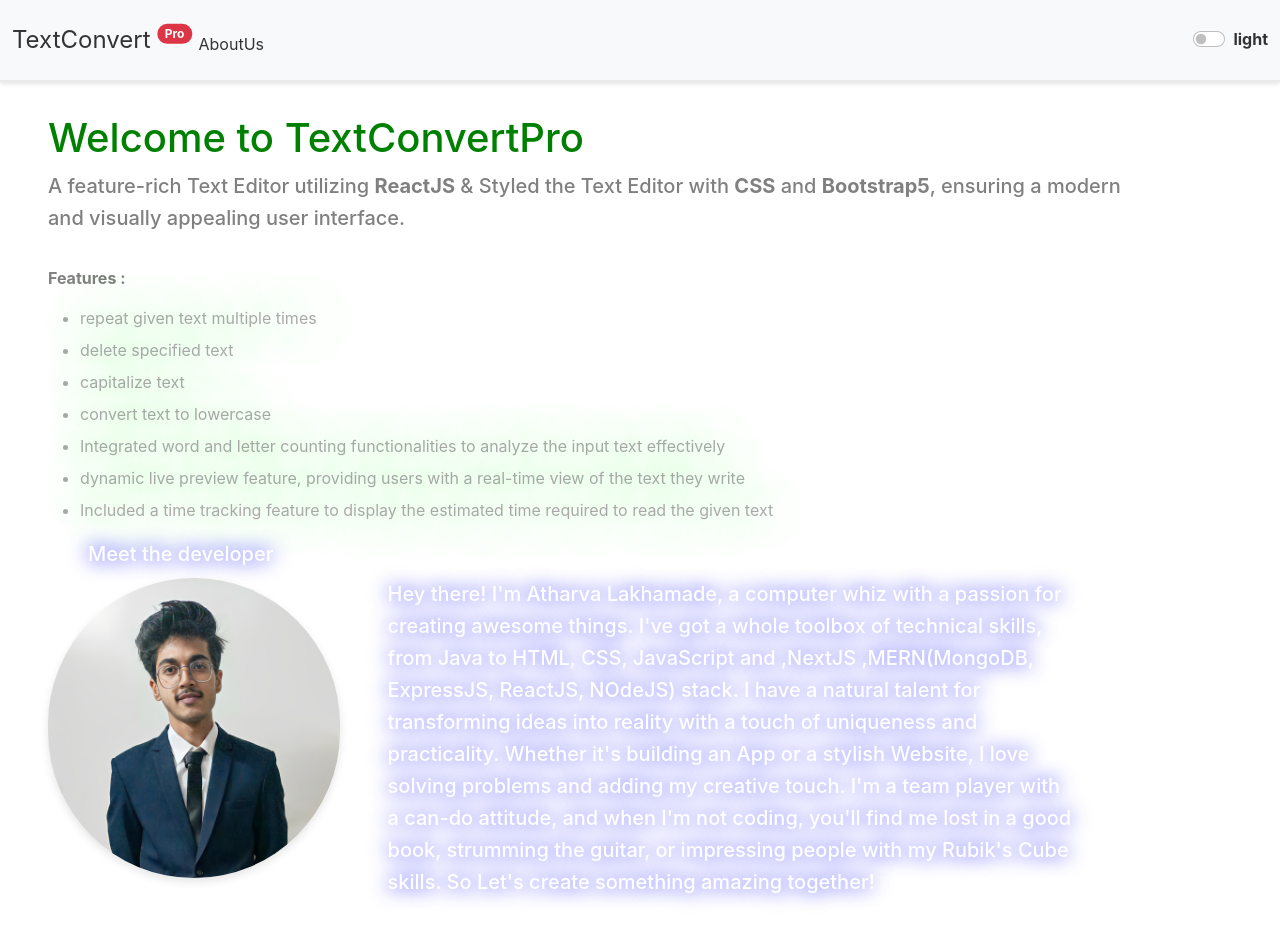
Repository: atha2810/TextConvertPro
Page: /about
The author's editor kept a copy of each file at every save. The page is drawn from the files as they stood at one save, then again after the next save.
The browser window is 1280 px wide. The pictures show the whole page.
The project was rebuilt for these pictures with package versions that can differ from the ones it lists, and the page was loaded fresh each time. Also part of the build but not shown: src/css/TextForm.css, src/TextForm.js.

Above is the page before, as saved 2024-07-25 19:37:08.

### src/App.js
import React, { useState } from "react";
import profile from "./images/profile.jpg";

import About from "./components/About";
import Navbar from "./components/Navbar";
import TextForm from "./TextForm";
import { BrowserRouter, Routes, Route } from "react-router-dom";

function App() {
  const [mode, setMode] = useState("light");
  const toggleMode = () => {
    if (mode === "light") {
      setMode("dark");
      document.body.style.backgroundColor = "#082844";
    } else {
      setMode("light");
      document.body.style.backgroundColor = "white";
    }
  };
  return (
    <>
      <BrowserRouter>
        <Navbar logo="TextConvert" mode={mode} toggleMode={toggleMode} />
        {/* <TextForm heading="Enter the text to analyse: " mode={mode}/> */}
        <Routes>
          <Route exact path="/about" element={<About imgSrc={profile} />} />
          {/* exact is usedto get exact path sometimes there are folders like /about-->componentX and /about/home-->componentY and if we want component from /about/home it will mistakenly will render from /about thats why */}

          <Route
            exact
            path="/TextConvertPro"
            element={<TextForm heading="Enter the text here ↓ " mode={mode} />}
          />
        </Routes>
      </BrowserRouter>
    </>
  );
}

export default App;

### src/components/About.js
import "../css/About.css";

export default function About(props) {
  return (
    <div
      className="container mx-3"
      style={{ display: "block", marginLeft: "500px" }}
    >
      <h1 style={{ color: props.mode === "dark" ? "white" : "green" }}>
        Welcome to TextConvertPro
      </h1>
      <div
        style={{
          color: props.mode === "ligh" ? "black" : "white",
        }}
      >
        <h4
          style={{
            color: "grey",
          }}
        >
          A feature-rich Text Editor utilizing <b>ReactJS</b> & Styled the Text
          Editor with <b>CSS</b> and <b>Bootstrap5</b>, ensuring a modern and
          visually appealing user interface.
        </h4>
        <br />{" "}
        <b
          style={{
            color: "grey",
          }}
        >
          Features :
        </b>
        <br />
        <ul
          style={{
            color: "darkgrey",
            textShadow: " 0 0 70px #0f0",
          }}
        >
          <li>repeat given text multiple times</li>
          <li> delete specified text</li> <li>capitalize text </li>
          <li>convert text to lowercase</li>
          <li>
            Integrated word and letter counting functionalities to analyze the
            input text effectively
          </li>
          <li>
            dynamic live preview feature, providing users with a real-time view
            of the text they write
          </li>
          <li>
            Included a time tracking feature to display the estimated time
            required to read the given text
          </li>
        </ul>
      </div>
      <h4
        style={{
          color: "#fff" /* Text color */,
          textShadow: "0 0 20px #00f",
          paddingLeft: "40px",
        }}
      >
        Meet the developer
      </h4>
      <div style={{ display: "flex" }}>
        <img
          src={props.imgSrc}
          style={{
            height: "300px",
            width: "300px",
            borderRadius: "150px 150px 150px 150px",
          }}
          alt="developer"
        ></img>
        <h4
          className="mx-5"
          style={{
            color: "#fff" /* Text color */,
            textShadow: "0 0 20px #00f",
          }}
        >
          Hey there! I'm Atharva Lakhamade, a computer whiz with a passion for
          creating awesome things. I've got a whole toolbox of technical skills,
          from Java to HTML, CSS, JavaScript and ,NextJS ,MERN(MongoDB,
          ExpressJS, ReactJS, NOdeJS) stack. I have a natural talent for
          transforming ideas into reality with a touch of uniqueness and
          practicality. Whether it's building an App or a stylish Website, I
          love solving problems and adding my creative touch. I'm a team player
          with a can-do attitude, and when I'm not coding, you'll find me lost
          in a good book, strumming the guitar, or impressing people with my
          Rubik's Cube skills. So Let's create something amazing together!
        </h4>
      </div>
    </div>
  );
}

### src/components/Navbar.js
import React from "react";
import { Link } from "react-router-dom";
import "../css/Navbar.css";
export default function Navbar(props) {
  return (
    <nav
      className={`navbar navbar-expand-lg navbar-${props.mode} bg-${props.mode}`}
    >
      <div className="container-fluid">
        <Link className="navbar-brand" to="/TextConvertPro">
          {props.logo}
          <button className="btn position-relative">
            <span className="position-absolute top-0 start-100 translate-middle badge rounded-pill bg-danger">
              Pro
            </span>
          </button>
        </Link>
        {/* <a className="navbar-brand" href="#">{props.logo}</a> */}
        <button
          className="navbar-toggler"
          type="button"
          data-bs-toggle="collapse"
          data-bs-target="#navbarSupportedContent"
          aria-controls="navbarSupportedContent"
          aria-expanded="false"
          aria-label="Toggle navigation"
        >
          <span className="navbar-toggler-icon"></span>
        </button>
        <div className="collapse navbar-collapse" id="navbarSupportedContent">
          <ul className="navbar-nav me-auto mb-2 mb-lg-0">
            <li className="nav-item">
              <Link className="nav-link" to="/about">
                AboutUs
              </Link>
              {/* <a className="nav-link" href="/about">About</a> */}
            </li>
          </ul>
          <form className="d-flex" role="search">
            <div
              className={`form-check form-switch text-${
                props.mode === "light" ? "dark" : "light"
              }`}
            >
              <input
                className="form-check-input"
                onClick={props.toggleMode}
                type="checkbox"
                role="switch"
                id="flexSwitchCheckDefault"
              />
              <label
                className="form-check-label"
                htmlFor="flexSwitchCheckDefault"
              >
                <b>{props.mode}</b>
              </label>
            </div>
          </form>
        </div>
      </div>
    </nav>
  );
}

### src/css/About.css
/* About Styles */
.container {
  padding: 2rem;
}

h4 {
  font-size: 1.25rem;
  color: #333;
  line-height: 1.6;
}

ul {
  list-style-type: disc;
  margin: 1rem 0;
}

li {
  margin-bottom: 0.5rem;
}

img {
  border-radius: 50%;
  box-shadow: 0 4px 8px rgba(0, 0, 0, 0.1); /* Subtle shadow */
}

.developer-info {
  display: flex;
  align-items: center;
  justify-content: center;
  margin-top: 2rem;
}

.developer-info h4 {
  margin-left: 1.5rem;
  font-size: 1.25rem;
  color: #333;
}

.developer-info img {
  height: 300px;
  width: 300px;
}

### src/css/Navbar.css
/* Navbar Styles */
.navbar {
  border-bottom: 2px solid #eaeaea; /* Modern border for the navbar */
  box-shadow: 0 2px 4px rgba(0, 0, 0, 0.1); /* Subtle shadow */
}

.navbar-brand {
  display: flex;
  align-items: center;
  font-size: 1.5rem;
  color: #333;
  transition: color 0.3s ease;
}

.navbar-brand:hover {
  color: #007bff; /* Change color on hover */
}

.btn {
  /* Primary button color */
  border: none;
  color: white;
  transition: background-color 0.3s ease;
}

.nav-link {
  color: #333;
  transition: color 0.3s ease;
}

.nav-link:hover {
  color: #007bff; /* Change color on hover */
}

.navbar-toggler {
  border-color: #007bff; /* Color of the toggler */
}

.navbar-toggler-icon {
  background-image: linear-gradient(
    to right,
    #007bff,
    #0056b3
  ); /* Gradient effect */
}

.form-check-label {
  color: #333; /* Switch label color */
}

Loaded but not shown: public/index.html (common file); src/index.js (common file); src/index.css (common file); src/reportWebVitals.js (common file)

After the next save:
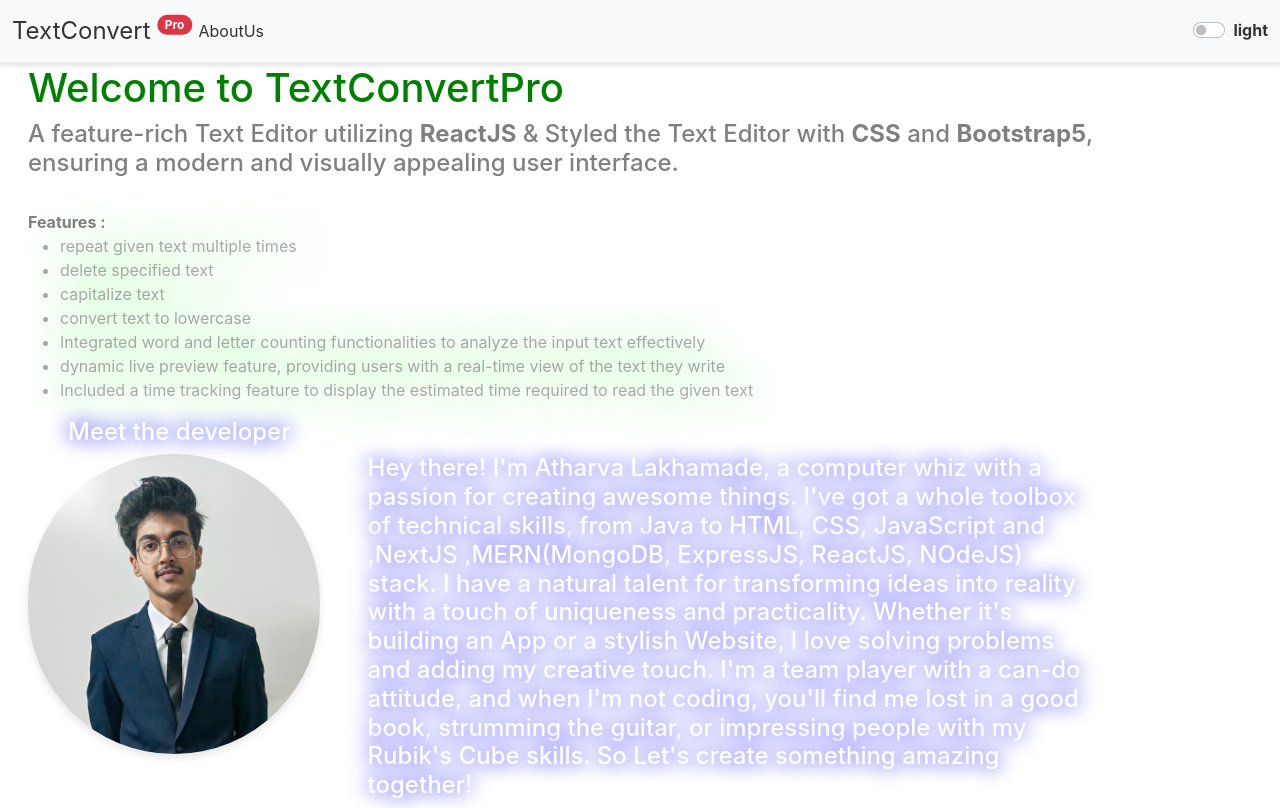
Saved 86 s later.
--- a/src/css/About.css
+++ b/src/css/About.css
@@ -1,22 +1,4 @@
 /* About Styles */
-.container {
-  padding: 2rem;
-}
-
-h4 {
-  font-size: 1.25rem;
-  color: #333;
-  line-height: 1.6;
-}
-
-ul {
-  list-style-type: disc;
-  margin: 1rem 0;
-}
-
-li {
-  margin-bottom: 0.5rem;
-}
 
 img {
   border-radius: 50%;
